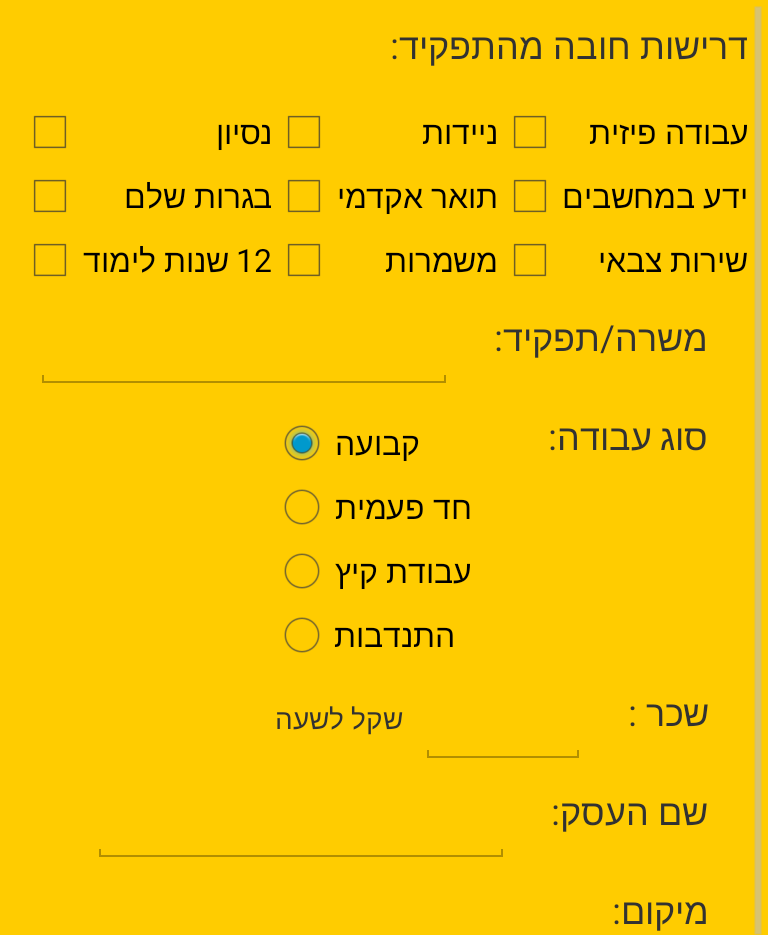
Repository: rodi055/jobli
Layout: Jobli/res/layout/fragment_create_job.xml
These files come from the project's save history. The layout is drawn as it stood at one moment and after the next save; the edit follows.
The pictures show rows 0 to 935 of an output 1280 px tall.
Pictures or frames that could not be fetched are drawn as grey boxes. It is drawn on a 768 x 1280 px phone screen (xhdpi) without system bars, with theme AppTheme; the app's code is not run. The app's manifest (not shown) leaves right-to-left support off. So textAlignment, textDirection and layoutDirection are ignored, and left and right values win over start and end ones.

Above is the layout before, as saved 2015-01-03 14:46:19.

After the next save:
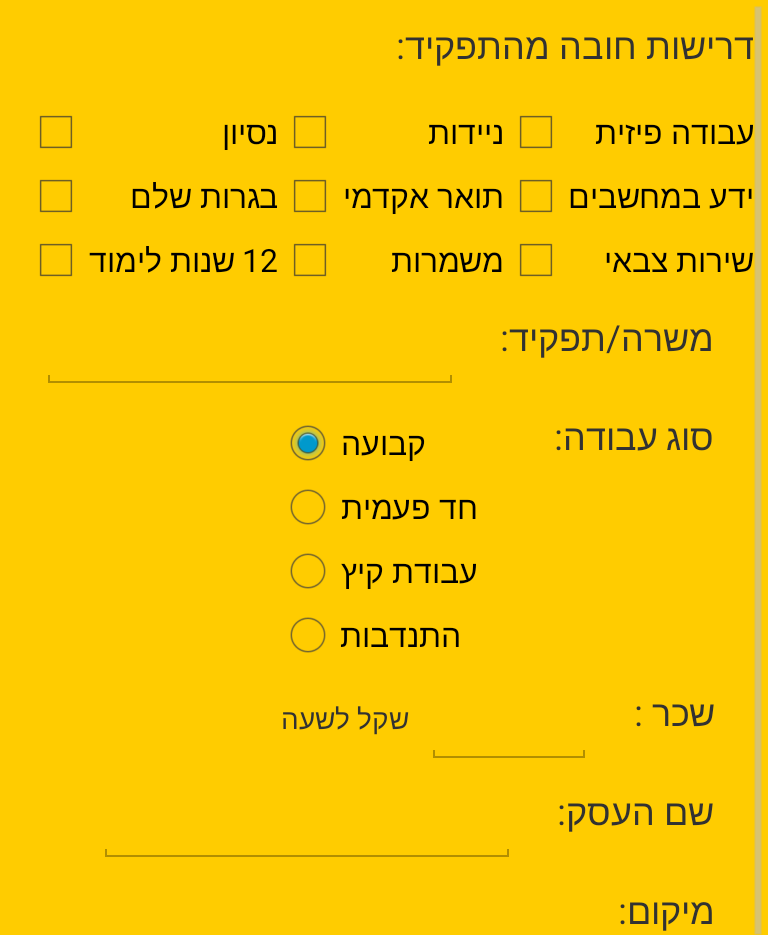
Saved 67 s later.
--- a/Jobli/res/layout/fragment_create_job.xml
+++ b/Jobli/res/layout/fragment_create_job.xml
@@ -15,7 +15,9 @@
             android:layout_width="match_parent"
             android:layout_height="wrap_content"
             android:orientation="vertical"
-            android:layout_marginRight="10dp" >
+            android:layout_marginRight="7dp"
+            android:layout_marginLeft="7dp"
+            android:layout_marginEnd="7dp">
 
             <RelativeLayout
                 android:layout_width="wrap_content"
